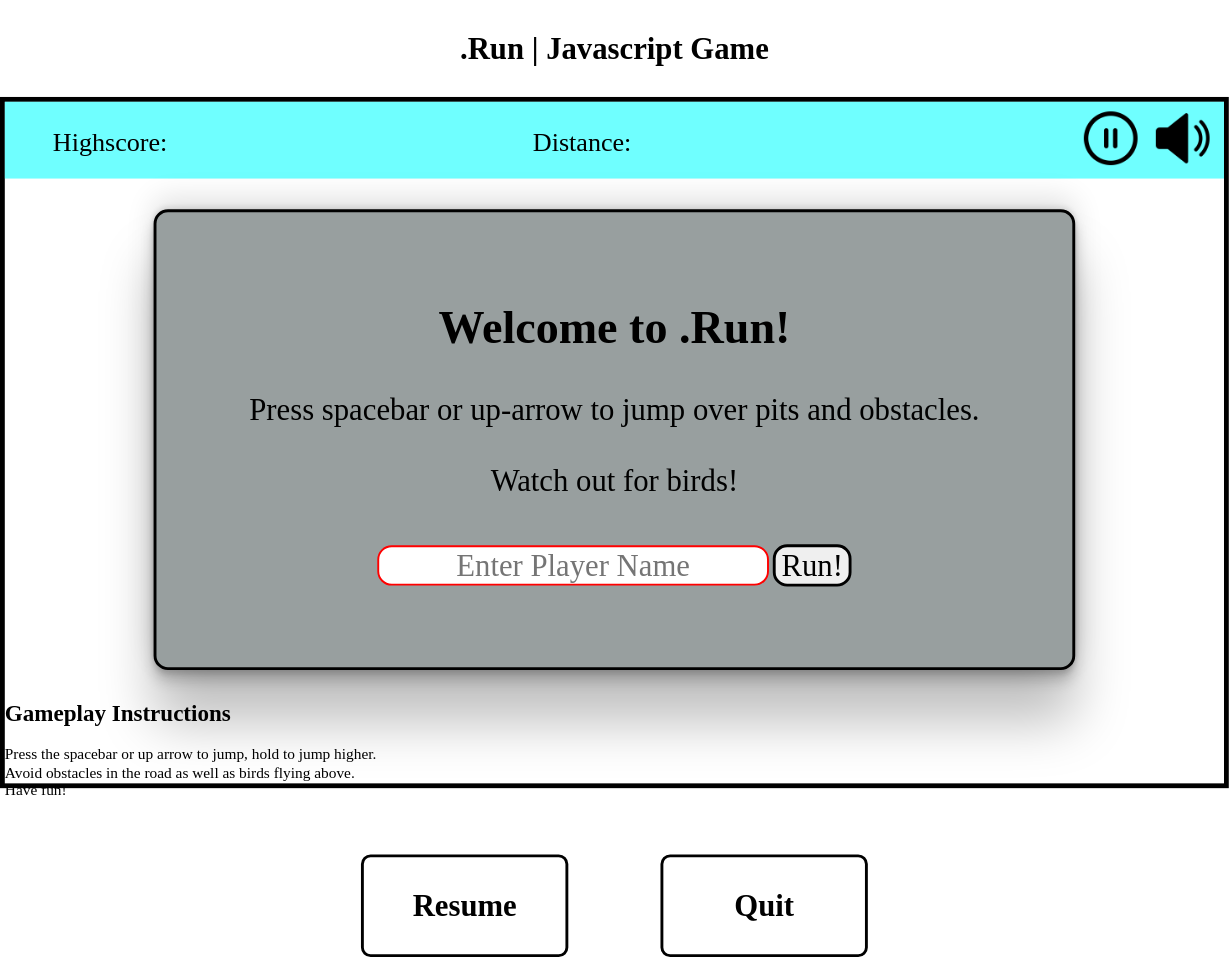
Repository: jellymel0n/bit-biker
Page: index.html
The author's editor kept a copy of each file at every save. The page is drawn from the files as they stood at one save, then again after the next save.
The browser window is 1280 px wide. The pictures show the whole page, at 96% of full size.

Above is the page before, as saved 2021-07-05 10:59:42.

### index.html
<!DOCTYPE html>
<html lang="en">
<head>
    <meta charset="UTF-8">
    <meta http-equiv="X-UA-Compatible" content="IE=edge">
    <meta name="viewport" content="width=device-width, initial-scale=1.0">
    <!-- CSS reset/normalize -->
    <link rel="stylesheet" href="styles/normalize-fwd.css">
    <!-- Local CSS -->
    <link rel="stylesheet" href="styles/styles.css">
    <title>.Run | Javascript Game</title>
</head>
<body>
    <h1>.Run | Javascript Game</h1>

    <main id="game-board">
        <!-- Game board header -->
        <div id='game-header'>
            <p id='highscore-text'>Highscore: </p>
            <p id='distance-text'>Distance: </p>
            <div id='btn-pause'>
                <img src="assets/graphics/icons/pause.png" alt="pause button, circle around a pause icon">
            </div>
            <div id='btn-volume'>
                <img src="assets/graphics/icons/volume.png" alt="volume button, speaker icon">
            </div>
            <div id="btn-mute">
                <img src='assets/graphics/icons/mute.png' alt='mute button, speaker icon crossed out'>
            </div>
        </div>
        <!-- End of game board header -->

        <!-- Splash screen - intro -->
        <div id='splash-screen'>
            <h2 id='splash-header'>Welcome to .Run!</h2>
            <p id='splash-text'>Press spacebar or up-arrow to jump over pits and obstacles.<br><br>Watch out for birds!</p>

            <div id="splashInput">
                <input id='player-name' type='text' placeholder='Enter Player Name'>
                <button id='savePlayer'>Run!</button>
            </div>
        </div>
        <!-- End of splash screen -->

        <!-- Pause Screen -->
        <div id="pause-screen">
            <h2>Game Paused</h2>
            <p id='pause-text'>
                To get gameplay instructions click the "Help" button<br>
                To quit the game and go back to the splash screen click "Quit".<br>
                To go back to the game, click "X" in the top corner.</p>
            <div id="pause-close">
                <img src="assets/graphics/icons/remove.png" alt="Close icon, an X with a circle around it.">
            </div>
            <div id="pause-btns">
                <div id="help-btn">
                    <p id="help-text">Help</p>
                </div>
                <div id="quit-btn">
                    <p id="quit-text">Quit</p>
                </div>
            </div>
        </div>
        <!-- End of Pause Screen -->

        <!-- Help Screen -->
        <div class="help-screen">
            <h2>Gameplay Instructions</h2>
            <p>
                Press the spacebar or up arrow to jump, hold to jump higher.<br>
                Avoid obstacles in the road as well as birds flying above.<br>
                Have fun!
            </p>
            <div id="help-btns">
                <div id="resume-btn">
                    <p>Resume</p>
                </div>
                <div id="quit-btn">
                    <p id="quit-text">Quit</p>
                </div>
            </div>
        </div>
        <!-- End of Help Screen -->

    </main>

<!-- jQuery CDN script-->
<script src="https://code.jquery.com/jquery-3.6.0.min.js" integrity="sha256-/xUj+3OJU5yExlq6GSYGSHk7tPXikynS7ogEvDej/m4=" crossorigin="anonymous"></script>
<!-- Local JS script -->
<script src='scripts/script.js'></script>
</body>
</html>

### styles/styles.css
h1 {
    text-align: center;
    margin: 2rem auto;
}

#game-board {
    width: 80rem;
    height: 45rem;
    border: 5px solid black;
    /* border-radius: 10%; */
    margin: 0 auto;
    position: relative;
}

/* Game board header */
div#game-header {
    display: flex;
    justify-content: space-around;
    width: 100%;
    height: 5rem;
    background-color: rgba(0, 255, 255, 0.565);

}

#highscore-text,
#distance-text {
    position: absolute;
}

#highscore-text {
    font-size: 1.7rem;
    left: 50px;
}

#distance-text {
    font-size: 1.7rem;
    left: 550px;
}

#btn-pause img {
    position: absolute;
    width: 3.5rem;
    right: 90px;
    top: 10px;
}

#btn-pause img:hover {
    transform: scale(1.1);
    cursor: pointer;
}

#btn-volume img,
#btn-mute img {
    position: absolute;
    width: 3.5rem;
    right: 15px;
    top: 10px;
}

#btn-volume img:hover,
#btn-mute img:hover  {
    transform: scale(1.1);
    cursor: pointer;
}

#btn-mute {
    display: none;
}

/* end of game board header */

/* Splash screen styles */
#splash-screen {
    width: 60rem;
    height: 30rem;
    margin: 2rem auto;
    border: 3px solid black;
    border-radius: 15px;
    align-content: center;
    background-color: rgb(152, 159, 159);
    box-shadow: rgba(0, 0, 0, 0.25) 0px 54px 55px, rgba(0, 0, 0, 0.12) 0px -12px 30px, rgba(0, 0, 0, 0.12) 0px 4px 6px, rgba(0, 0, 0, 0.17) 0px 12px 13px, rgba(0, 0, 0, 0.09) 0px -3px 5px;
}

#splash-screen h2 {
    text-align: center;
    font-size: 3rem;
}

#splash-text {
    text-align: center;
    font-size: 2rem;
    margin: 0 1rem;
}

#splashInput {
    text-align: center;
    margin-top: 3rem;
}

input[type=text] {
    border: 2px solid red;
    border-radius: 15px;
    font-size: 2rem;
    margin: 0 auto 2rem auto;
    text-align: center;
}

button#savePlayer {
    font-size: 2rem;
    color: black;
    border: 3px solid black;
    border-radius: 15px;
}

button#savePlayer:hover {
    transform: scale(1.1);
    cursor: pointer;
}
/* End of splash screen styles */

/* Pause screen styles */

#pause-screen,
#help-screen {
    display: none;
    position: relative;
    width: 60rem;
    height: 30rem;
    margin: 2rem auto;
    border: 3px solid black;
    border-radius: 15px;
    align-content: center;
    background-color: rgb(152, 159, 159);
    box-shadow: rgba(0, 0, 0, 0.25) 0px 54px 55px, rgba(0, 0, 0, 0.12) 0px -12px 30px, rgba(0, 0, 0, 0.12) 0px 4px 6px, rgba(0, 0, 0, 0.17) 0px 12px 13px, rgba(0, 0, 0, 0.09) 0px -3px 5px;
}

#pause-screen h2,
#help-screen h2 {
    text-align: center;
    font-size: 3rem;
}

#pause-text,
#help-text {
    text-align: center;
    font-size: 2rem;
    margin: 0 1rem;
}

#pause-close img {
    position: absolute;
    width: 3.5rem;
    left: 15px;
    top: 15px;
}

#pause-close img:hover {
    transform: scale(1.1);
    cursor: pointer;
}

#pause-btns,
#help-btns{
    display: flex;
    justify-content:center;
    margin-top: 3.6rem;
}

#help-btn,
#quit-btn,
#resume-btn {
    border: solid 3px black;
    text-align: center;
    width: 17%;
    border-radius: 10px;
    /* height: 4rem; */
    font-size: 2rem;
    vertical-align: middle;
    font-weight: bold;
    margin: 0 3rem 0 3rem;
}

#help-btn:hover,
#quit-btn:hover,
#resume-btn:hover {
    transform: scale(1.1);
    cursor: pointer;
    background-color: black;
    color: azure;
}

/* Help Screen Styles */

### scripts/script.js
'use strict';

const game = {
    title: '.Run',
    isRunning: false,
    player: '',
    obstacles: [],
    keysPressed: [],
    bgLayers: [],
    bgObjects: [],
    loopDuration: [1000 / 50, 1000 / 60, 1000 / 70, 1000 / 80],
    lastKeyFrame: null,

    getPlayerName: () => {
        game.player = $('#player-name').val();
    },

}


// Event Handlers
$('#savePlayer').on('click', () => {
    game.getPlayerName();
    $('#splash-screen').toggle();
    game.isRunning = true;
});

$('#btn-volume').on('click', () => {
    $('#btn-volume').toggle();
    $('#btn-mute').toggle();
})

$('#btn-mute').on('click', () => {
    $('#btn-volume').toggle();
    $('#btn-mute').toggle();
})

$('#btn-pause').on('click', () => {
    if (game.isRunning === true){
        $('#pause-screen').toggle();
        game.isRunning = false;
    }
})

$('#pause-close').on('click', () => {
    $('#pause-screen').toggle();
    game.isRunning = true;
})

$('help-btn').on('click', () => {
    $('#pause-screen').toggle();
    $('#help-screen').toggle();
})

$('quit-btn').on('click', () => {
    $('#pause-screen').toggle();
    $('#splash-screen').toggle();
})

Loaded but not shown: styles/normalize-fwd.css (library)

After the next save:
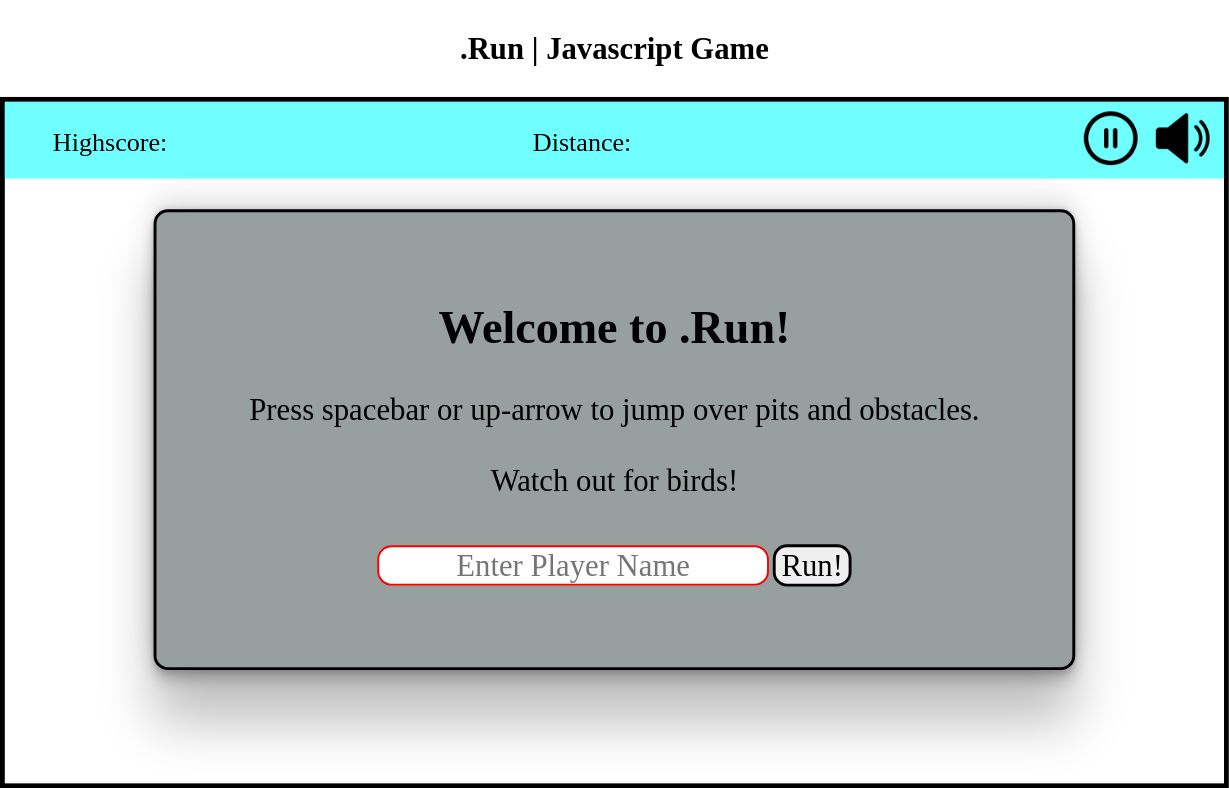
Saved 29 s later.
--- a/index.html
+++ b/index.html
@@ -64,9 +64,9 @@
         <!-- End of Pause Screen -->
 
         <!-- Help Screen -->
-        <div class="help-screen">
+        <div id="help-screen">
             <h2>Gameplay Instructions</h2>
-            <p>
+            <p id='help-text'>
                 Press the spacebar or up arrow to jump, hold to jump higher.<br>
                 Avoid obstacles in the road as well as birds flying above.<br>
                 Have fun!
